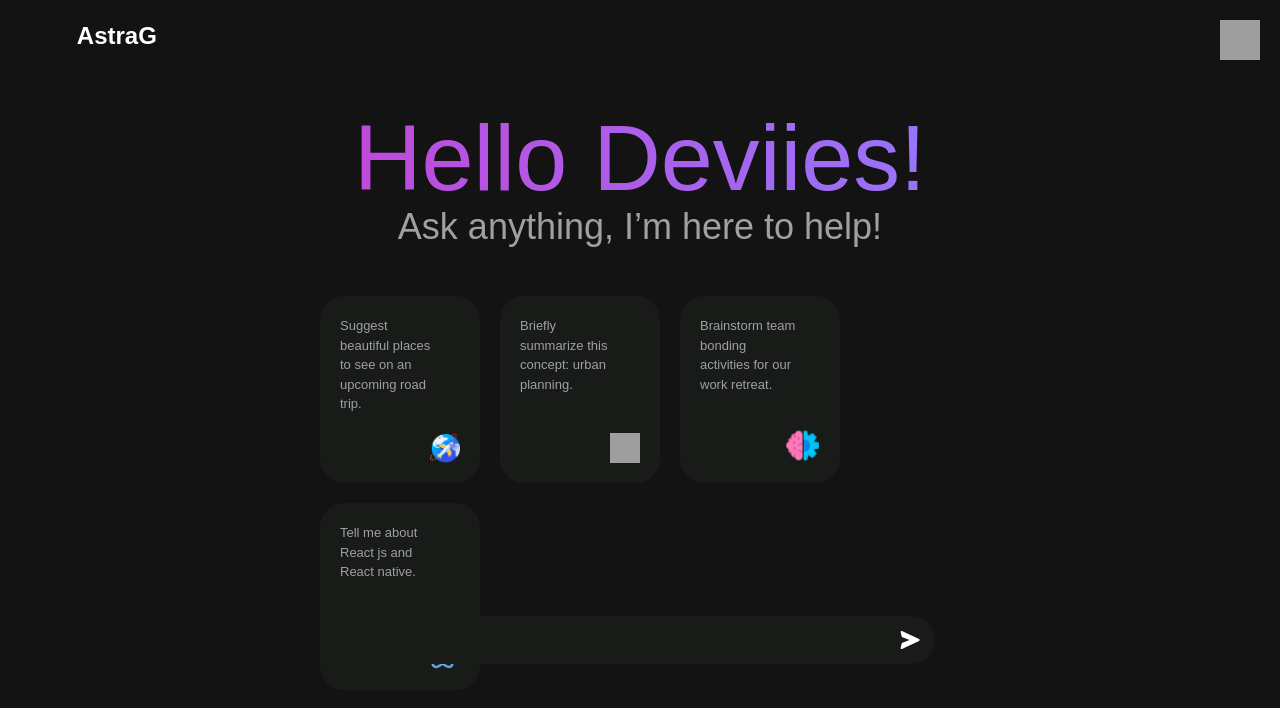
Repository: S-o-b-u/AstraGen1
Page: /
The author's editor kept a copy of each file at every save. The page is drawn from the files as they stood at one save, then again after a run of saves.
The browser window is 1280 px wide. The pictures show the whole page.
Pictures or frames that could not be fetched are drawn as grey boxes. The project was rebuilt for these pictures with package versions that can differ from the ones it lists, and the page was loaded fresh each time. Also part of the build but not shown: vite.config.js, src/components/Loader/Loader.jsx, src/components/Sidebar/SIdebar.jsx.

Above is the page before, as saved 2024-11-14 01:22:18.

After the next 2 saves:
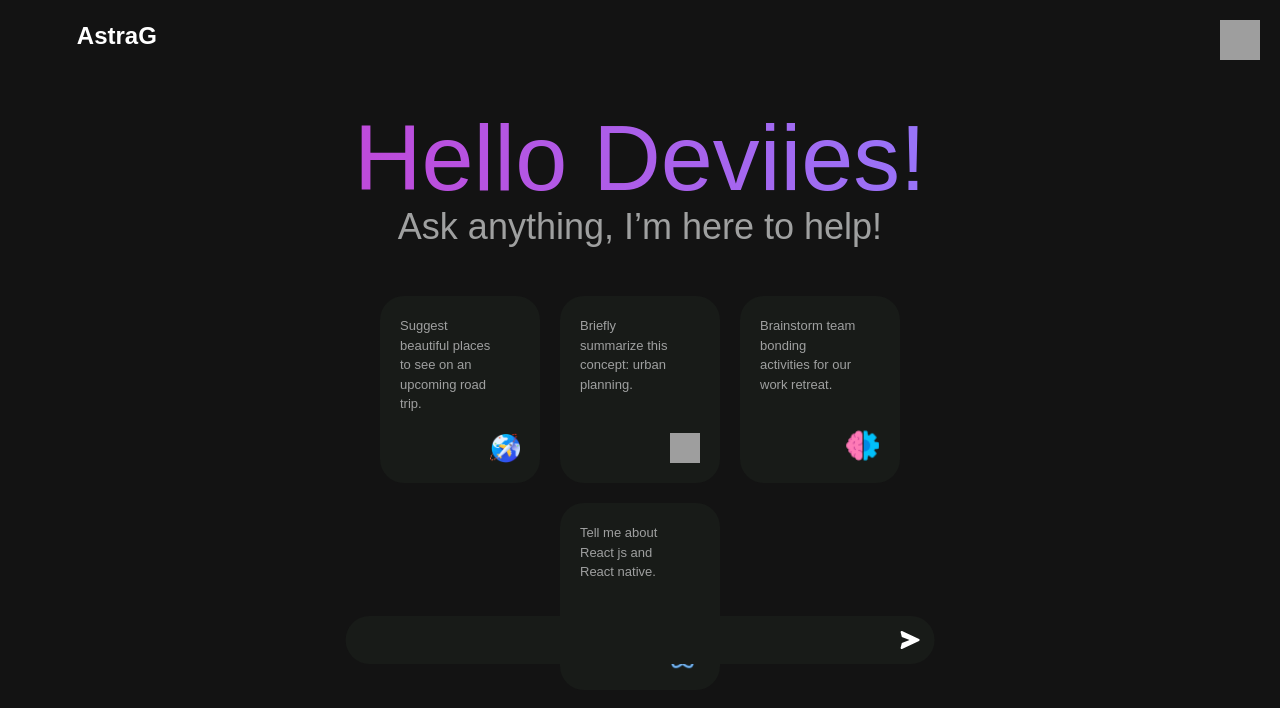
The 2 saves are shown as one change because they came seconds apart.
The last was saved 10 s later.
--- a/src/components/Main/Main.jsx
+++ b/src/components/Main/Main.jsx
@@ -52,7 +52,7 @@ const Main = () => {
             Ask anything, I’m here to help!{" "}
             </p>
             </div>
-            <div className="cards lg:absolute left-[50%] -translate-x-[50%] text-white lg:mt-52 flex flex-wrap gap-2 lg:gap-5 ">
+            <div className="cards justify-center lg:absolute left-[50%] -translate-x-[50%] text-white lg:mt-52 flex flex-wrap gap-2 lg:gap-5 ">
               <div onClick={()=>loadPrompt("Suggest beautiful places to see on an upcoming road trip.")} className="card relative transition-all text-start ease-in-out duration-300 bg-[#181B18] hover:bg-[#161816] p-5 lg:w-40 lg:h-[26vh] rounded-3xl ">
                 <p className="text-[13px] w-24">
                   Suggest beautiful places to see on an upcoming road trip.
